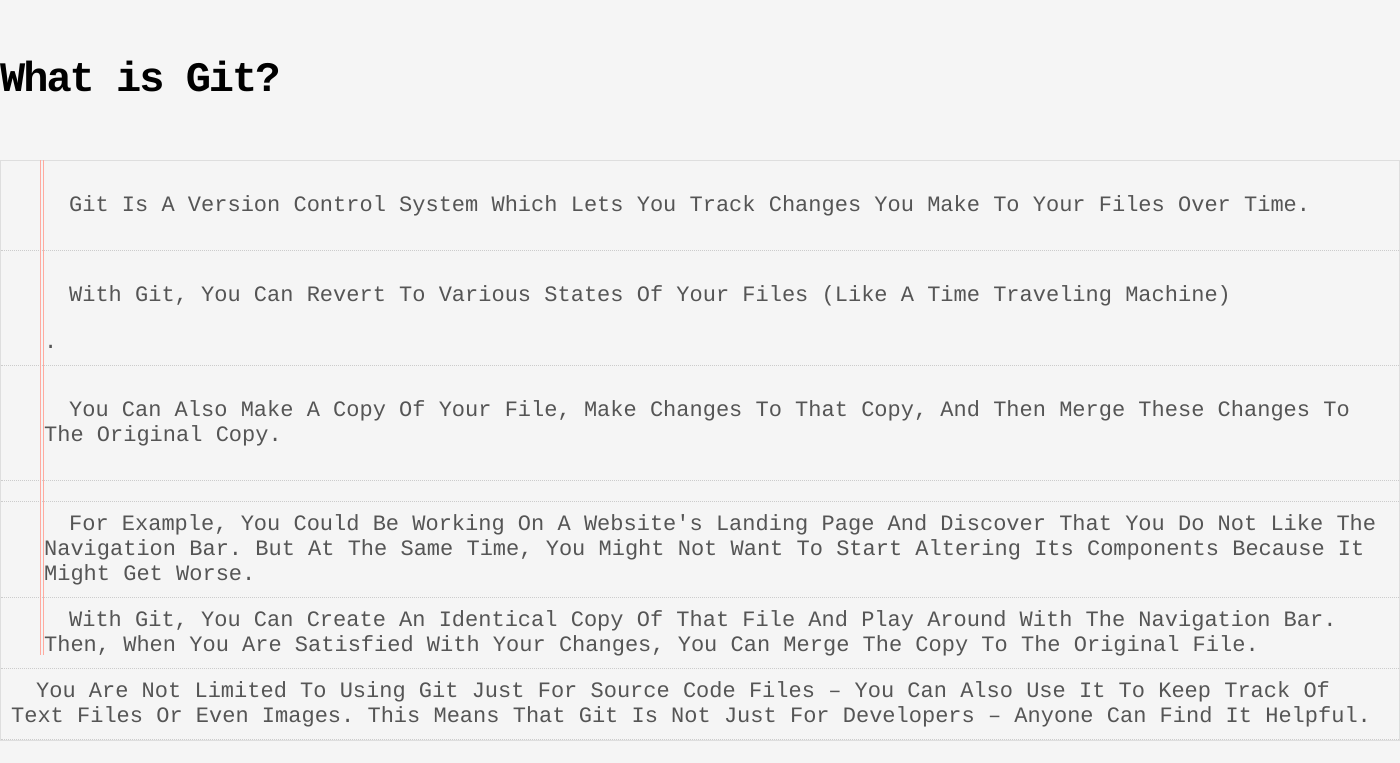
Repository: dev-singh-kanyal/Archive-git_github
Page: src/what is git.html
These files come from the project's save history. The page is drawn as it stood at one moment and after a run of saves; the edit follows.
The browser window is 1280 px wide. The page is 1400 px wide, so the pictures cover 1400 px, including what lies to the right of the window. The pictures show the whole page.
Some web fonts or font styles are not loaded; a fallback is used.

Above is the page before, as saved 2022-06-24 16:32:29.

### src/what is git.html
<!DOCTYPE HTML>
<html>

<head>
   <meta charset="UTF-8">
   <title>Git</title>
   <link rel="stylesheet" href="/src/style.css">
   <link href="https://fonts.googleapis.com/css2?family=Reenie+Beanie&display=swap" rel="stylesheet">
</head>

<body>

    <h4>What is Git?</h4>

    <div class="lines"></div>

    <ul class="list">
      <li><p>Git is a version control system which lets you track changes you make to your files over time.</p></li>
      <li><p>With Git, you can revert to various states of your files (like a time traveling machine)</p>.</li>
      <li><p>You can also make a copy of your file, make changes to that copy, and then merge these changes to the original copy.</li>
      <li></li>
      <li>For example, you could be working on a website's landing page and discover that you do not like the navigation bar. But at the same time, you might not want to start altering its components because it might get worse.</li>
      <li>With Git, you can create an identical copy of that file and play around with the navigation bar. Then, when you are satisfied with your changes, you can merge the copy to the original file.</li>
      <li>You are not limited to using Git just for source code files – you can also use it to keep track of text files or even images. This means that Git is not just for developers – anyone can find it helpful.</li>
    </ul>

</body>
</html>

### src/style.css
body {
    background-color: #f5f5f5;
    width: 1400px;
    margin: 0 auto;
    padding: 0;
  }
  h4 {
    color: #000000;
    font-size: 42px;
    letter-spacing: -2px;
    font-family: courier, monospace;
    text-align: left;
  }
  a {
    text-decoration: none;
    color: inherit;
  }
  .list {
    color: #555;
    font-size: 22px;
    /* font-size: 2rem; */
    padding: 0 !important;
    width: auto;
    /* font-family: 'Reenie Beanie'; */
    font-family: courier, monospace;
    border: 1px solid #dedede;
  }
  .list li {
    list-style: none;
    border-bottom: 1px dotted #ccc;
    text-indent: 25px;
    height: auto;
    padding: 10px;
    text-transform: capitalize;
  }
  .list li:hover {
    background-color: #f0f0f0;
    -webkit-transition: all 0.2s;
    -moz-transition:    all 0.2s;
    -ms-transition:     all 0.2s;
    -o-transition:      all 0.2s;
  }
  .lines {
    border-left: 1px solid #ffaa9f;
    border-right: 1px solid #ffaa9f;
    width: 2px;
    float: left;
    height: 495px;
    margin-left: 40px;
  }

After the next 2 saves:
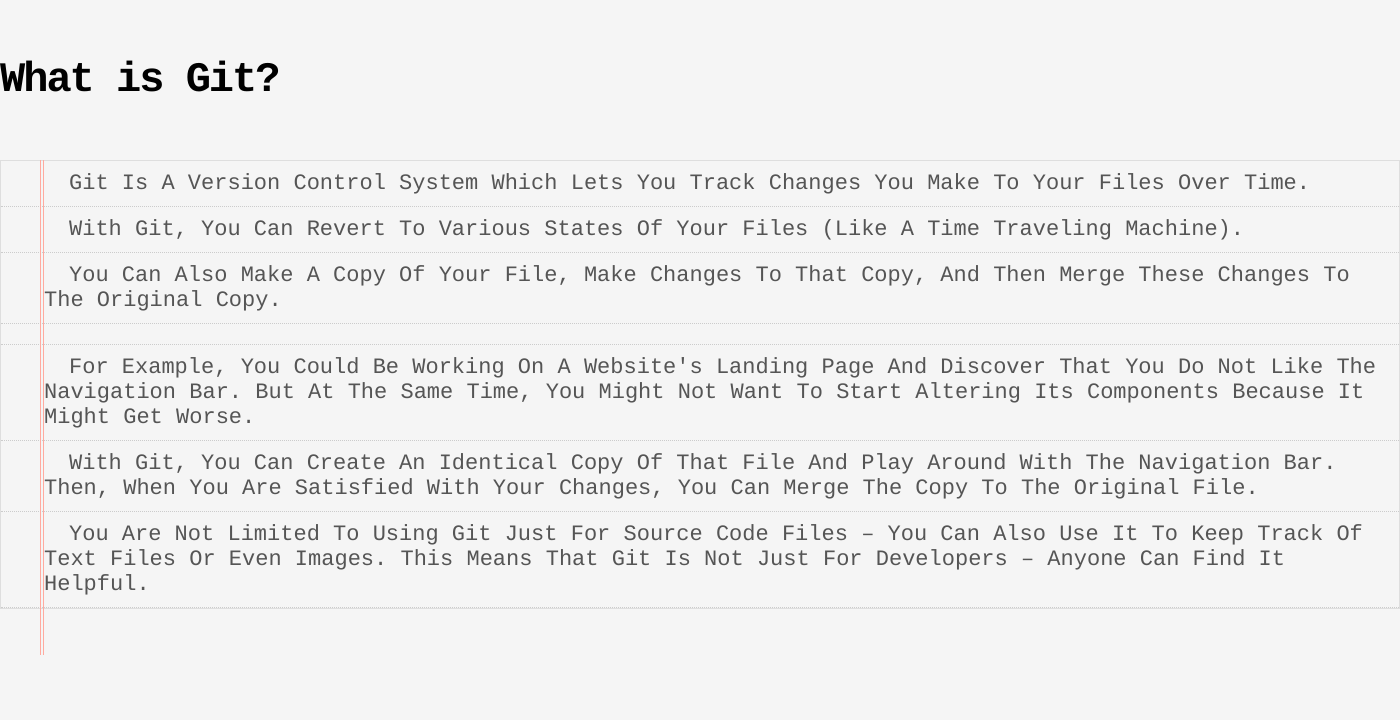
The 2 saves are shown as one change because they came seconds apart.
The last was saved 6 s later.
--- a/src/what is git.html
+++ b/src/what is git.html
@@ -15,9 +15,9 @@
     <div class="lines"></div>
 
     <ul class="list">
-      <li><p>Git is a version control system which lets you track changes you make to your files over time.</p></li>
-      <li><p>With Git, you can revert to various states of your files (like a time traveling machine)</p>.</li>
-      <li><p>You can also make a copy of your file, make changes to that copy, and then merge these changes to the original copy.</li>
+      <li>Git is a version control system which lets you track changes you make to your files over time.</li>
+      <li>With Git, you can revert to various states of your files (like a time traveling machine).</li>
+      <li>You can also make a copy of your file, make changes to that copy, and then merge these changes to the original copy.</li>
       <li></li>
       <li>For example, you could be working on a website's landing page and discover that you do not like the navigation bar. But at the same time, you might not want to start altering its components because it might get worse.</li>
       <li>With Git, you can create an identical copy of that file and play around with the navigation bar. Then, when you are satisfied with your changes, you can merge the copy to the original file.</li>
